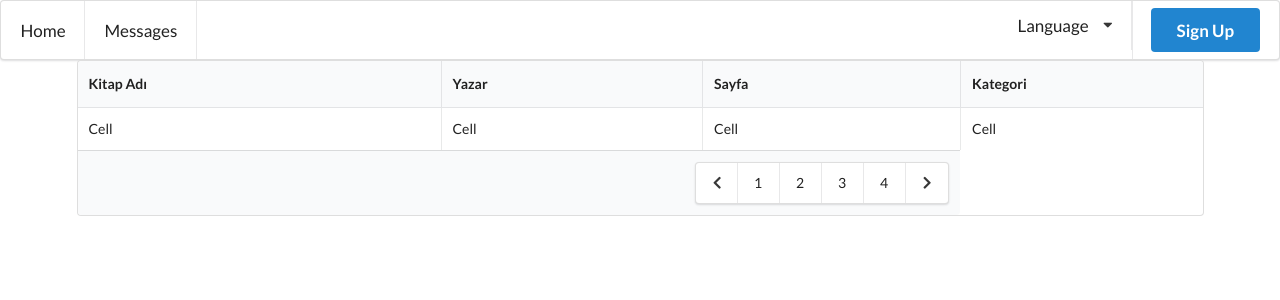
Repository: rizacantire/libraryReact
Page: /
An editor plug-in stored every save of this project. The page is shown before and after the next save, followed by the edit.
The browser window is 1280 px wide. The pictures show the whole page.
The project was rebuilt for these pictures with package versions that can differ from the ones it lists, and the page was loaded fresh each time.

Above is the page before, as saved 2021-08-09 01:19:33.

### src/App.js
import './App.css';
import 'semantic-ui-css/semantic.min.css'
import Dashboard from './layouts/Dashboard';
function App() {
  return (
    <div className="App">
      <Dashboard/>


    </div>
  );
}

export default App;

### src/layouts/Dashboard.jsx
import React from 'react'
import Navi from './Navi'
import Book from './Book'

export default function Dashboard() {
    return (
    <div>
      <Navi/>
      <Book/>
    </div>
    )
}

### src/layouts/Navi.jsx
import React from "react";
import { Button, Menu } from 'semantic-ui-react'
import Categories from './Categories'

export default function Navi() {
  return (
    <div>
      <Menu size="huge">
        <Menu.Item
          name="home"
        />
        <Menu.Item
          name="messages"
        />

        <Menu.Menu position="right">
          <Categories/>

          <Menu.Item>
            <Button primary>Sign Up</Button>
          </Menu.Item>
        </Menu.Menu>
      </Menu>
    </div>
  );
}

### src/layouts/Book.jsx
import React from "react";
import { Container } from "semantic-ui-react";
import BookList from "../pages/BookList";

export default function Book() {
  return (
    <Container>
      <div>
        <BookList />
      </div>
    </Container>
  );
}

### src/layouts/Categories.jsx
import React from 'react'
import { Dropdown } from 'semantic-ui-react'
export default function Categories() {
    return (
        <div>
            <Dropdown item text="Language">
            <Dropdown.Menu>
              <Dropdown.Item>English</Dropdown.Item>
              <Dropdown.Item>Russian</Dropdown.Item>
              <Dropdown.Item>Spanish</Dropdown.Item>
            </Dropdown.Menu>
          </Dropdown>
        </div>
    )
}

### src/pages/BookList.jsx
import React,{useState} from "react";
import { Icon, Label, Menu, Table } from "semantic-ui-react";
export default function BookList() {
    const [books, setBooks] = useState([])

  return (
    <div>
      <Table celled>
        <Table.Header>
          <Table.Row>
            <Table.HeaderCell>Kitap Adı</Table.HeaderCell>
            <Table.HeaderCell>Yazar</Table.HeaderCell>
            <Table.HeaderCell>Sayfa</Table.HeaderCell>
            <Table.HeaderCell>Kategori</Table.HeaderCell>
          </Table.Row>
        </Table.Header>

        <Table.Body>

          <Table.Row>
            <Table.Cell>Cell</Table.Cell>
            <Table.Cell>Cell</Table.Cell>
            <Table.Cell>Cell</Table.Cell>
            <Table.Cell>Cell</Table.Cell>
          </Table.Row>
        </Table.Body>

        <Table.Footer>
          <Table.Row>
            <Table.HeaderCell colSpan="3">
              <Menu floated="right" pagination>
                <Menu.Item as="a" icon>
                  <Icon name="chevron left" />
                </Menu.Item>
                <Menu.Item as="a">1</Menu.Item>
                <Menu.Item as="a">2</Menu.Item>
                <Menu.Item as="a">3</Menu.Item>
                <Menu.Item as="a">4</Menu.Item>
                <Menu.Item as="a" icon>
                  <Icon name="chevron right" />
                </Menu.Item>
              </Menu>
            </Table.HeaderCell>
          </Table.Row>
        </Table.Footer>
      </Table>
    </div>
  );
}

Loaded but not shown: public/index.html (common file); src/index.js (common file); src/index.css (common file); src/reportWebVitals.js (common file); src/App.css (common file)

After the next save:
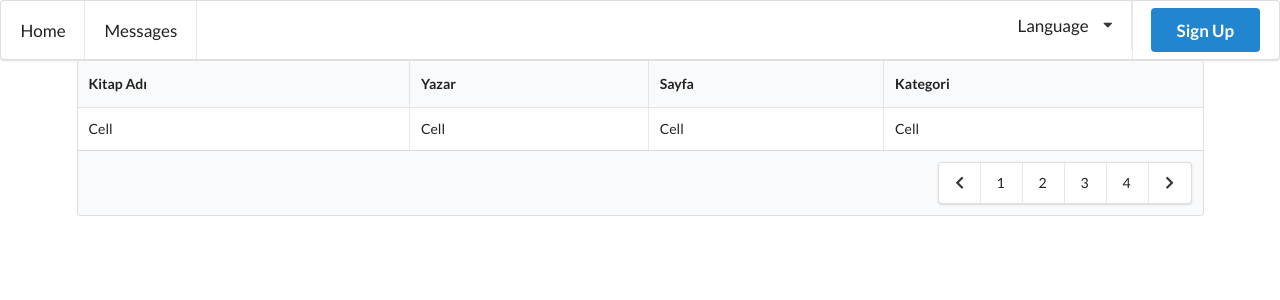
Saved 21 s later.
--- a/src/pages/BookList.jsx
+++ b/src/pages/BookList.jsx
@@ -27,7 +27,7 @@ export default function BookList() {
 
         <Table.Footer>
           <Table.Row>
-            <Table.HeaderCell colSpan="3">
+            <Table.HeaderCell colSpan="4">
               <Menu floated="right" pagination>
                 <Menu.Item as="a" icon>
                   <Icon name="chevron left" />
